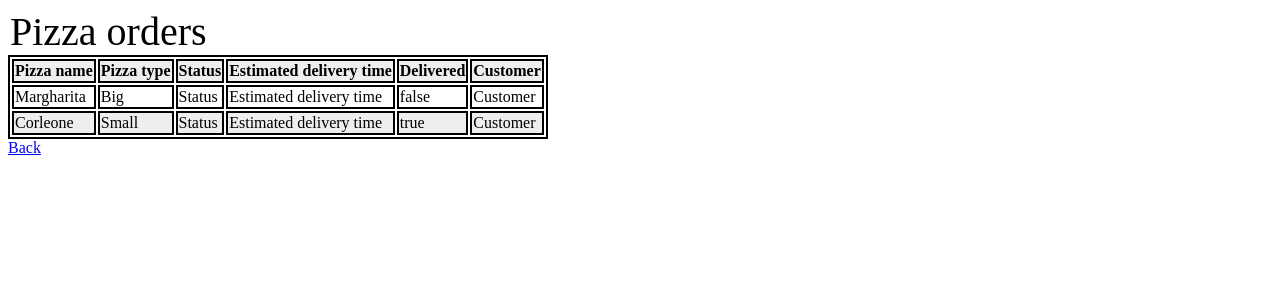
Repository: lukas77pro/html_css_js
Page: html/Test/WebContent/Tabela.html
An editor plug-in stored every save of this project. The page is shown before and after the next save, followed by the edit.
The browser window is 1280 px wide. The pictures show the whole page.

Above is the page before, as saved 2015-07-10 13:07:54.

### html/Test/WebContent/Tabela.html
<!DOCTYPE html>
<html>
<head>
<meta charset="UTF-8">
<title>Insert title here</title>
<link rel="stylesheet" type="text/css" href="Styl.css">
</head>
<body>
	<legend id="LegendMain">Pizza orders</legend>
	<table>
		<tr>
			<th>Pizza name</th>
			<th>Pizza type</th>
			<th>Status</th>
			<th>Estimated delivery time</th>
			<th>Delivered</th>
			<th>Customer</th>
		</tr>
		<tr>
			<td>Margharita</td>
			<td>Big</td>
			<td>Status</td>
			<td>Estimated delivery time</td>
			<td>false</td>
			<td>Customer</td>
		</tr>
		<tr>
			<td>Corleone</td>
			<td>Small</td>
			<td>Status</td>
			<td>Estimated delivery time</td>
			<td>true</td>
			<td>Customer</td>
		</tr>
	</table>

	<a href="Formularz.html">Back</a>

</body>
</html>

### html/Test/WebContent/Styl.css
@CHARSET "UTF-8";

#Customer {

}

#Legend1{
	font-family: Arial,Helvetica Neue,Helvetica,sans-serif;
	font-size: 20px;
	font-style: normal;
	font-variant: normal;
	font-weight: 500;
	line-height: 22px;
}

#LegendMain{
	font-size: 40px;
}

table, th, td {
    border: 2px solid black;
    tr:nth-child(odd)		{ background-color:#eee; }
	tr:nth-child(even)		{ background-color:#fff; }
}

After the next save:
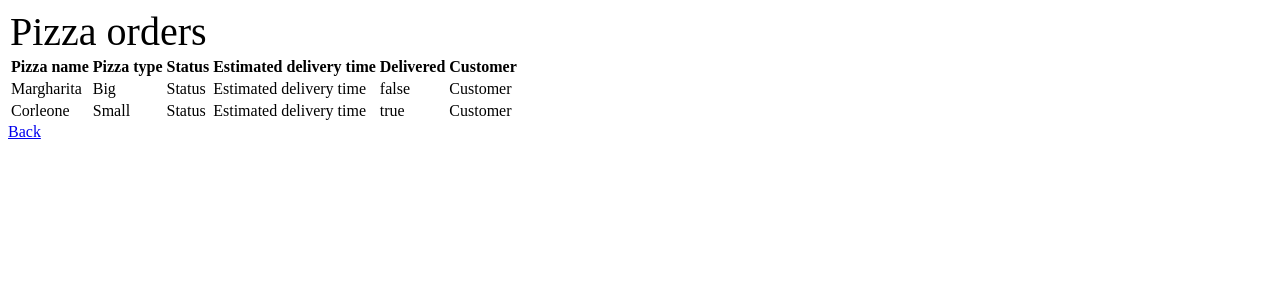
Saved 61 s later.
--- a/html/Test/WebContent/Styl.css
+++ b/html/Test/WebContent/Styl.css
@@ -17,8 +17,8 @@
 	font-size: 40px;
 }
 
-table, th, td {
+/* table , th, td {
     border: 2px solid black;
     tr:nth-child(odd)		{ background-color:#eee; }
 	tr:nth-child(even)		{ background-color:#fff; }
-}
+} */
